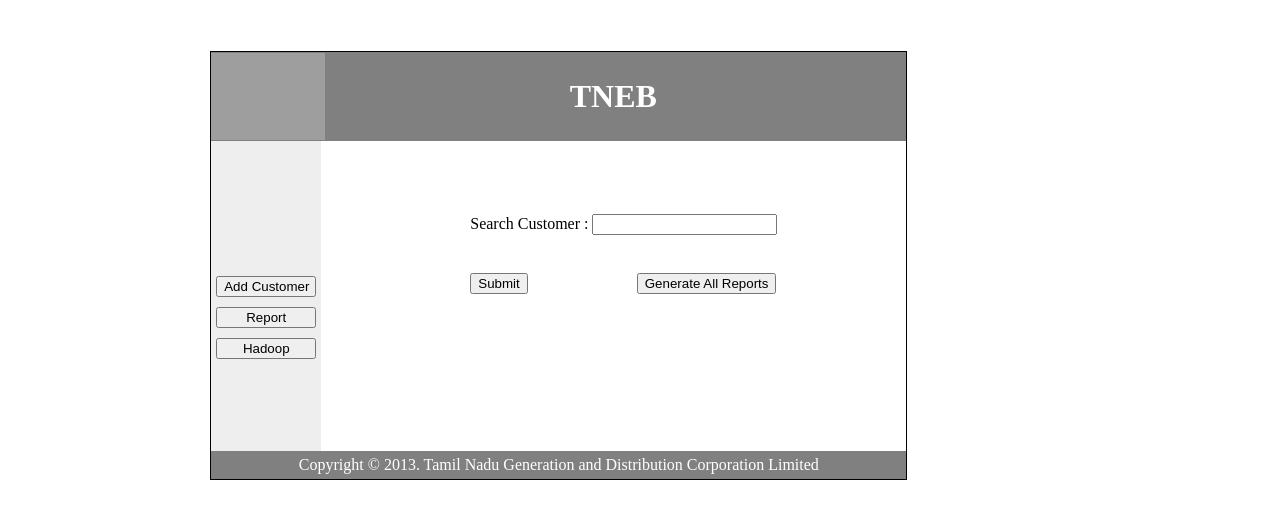
Repository: vjbrocode/Hackathon
Page: http://localhost/TNEB_billing/BillReport.jsp
These files come from the project's save history. The page is drawn as it stood at one moment and after the next save; the edit follows.
The browser window is 1280 px wide. The pictures show the whole page.
Pictures or frames that could not be fetched are drawn as grey boxes. Some web libraries are served in a nearby version. The page is served by Tomcat 9.

Above is the page before, as saved 2015-07-06 21:06:14.

After the next save:
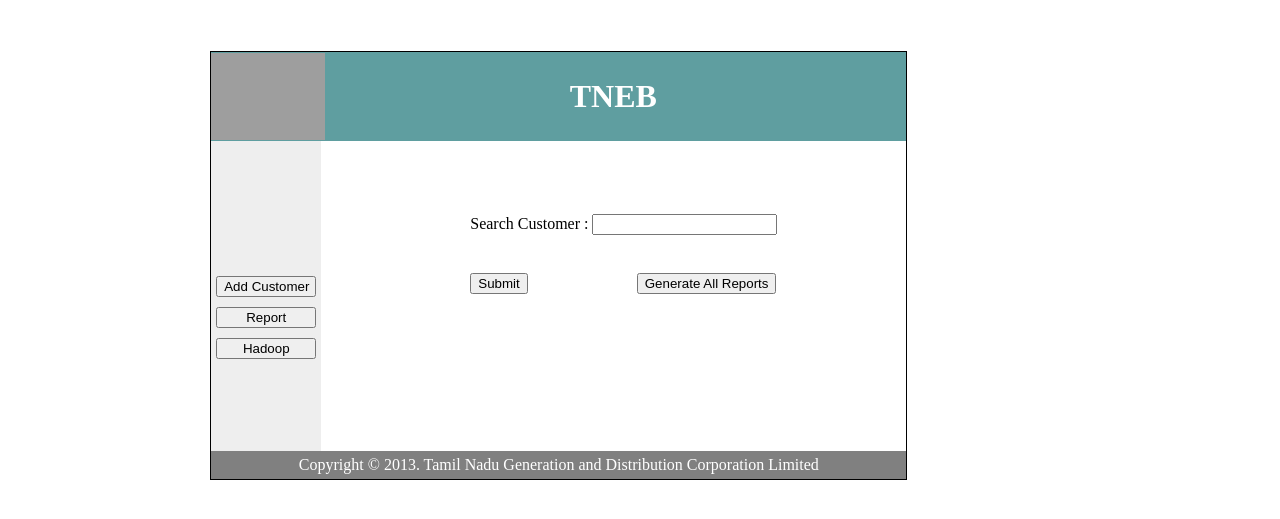
Saved 99 s later.
--- a/workspace/TNEB billing/WebContent/BillReport.jsp
+++ b/workspace/TNEB billing/WebContent/BillReport.jsp
@@ -14,7 +14,7 @@
 			 margin-left: 16%;
 		 }
          #header {
-         background-color:grey;
+         background-color:cadetBlue;
          color:white;
          text-align:center;
          padding:5px;
